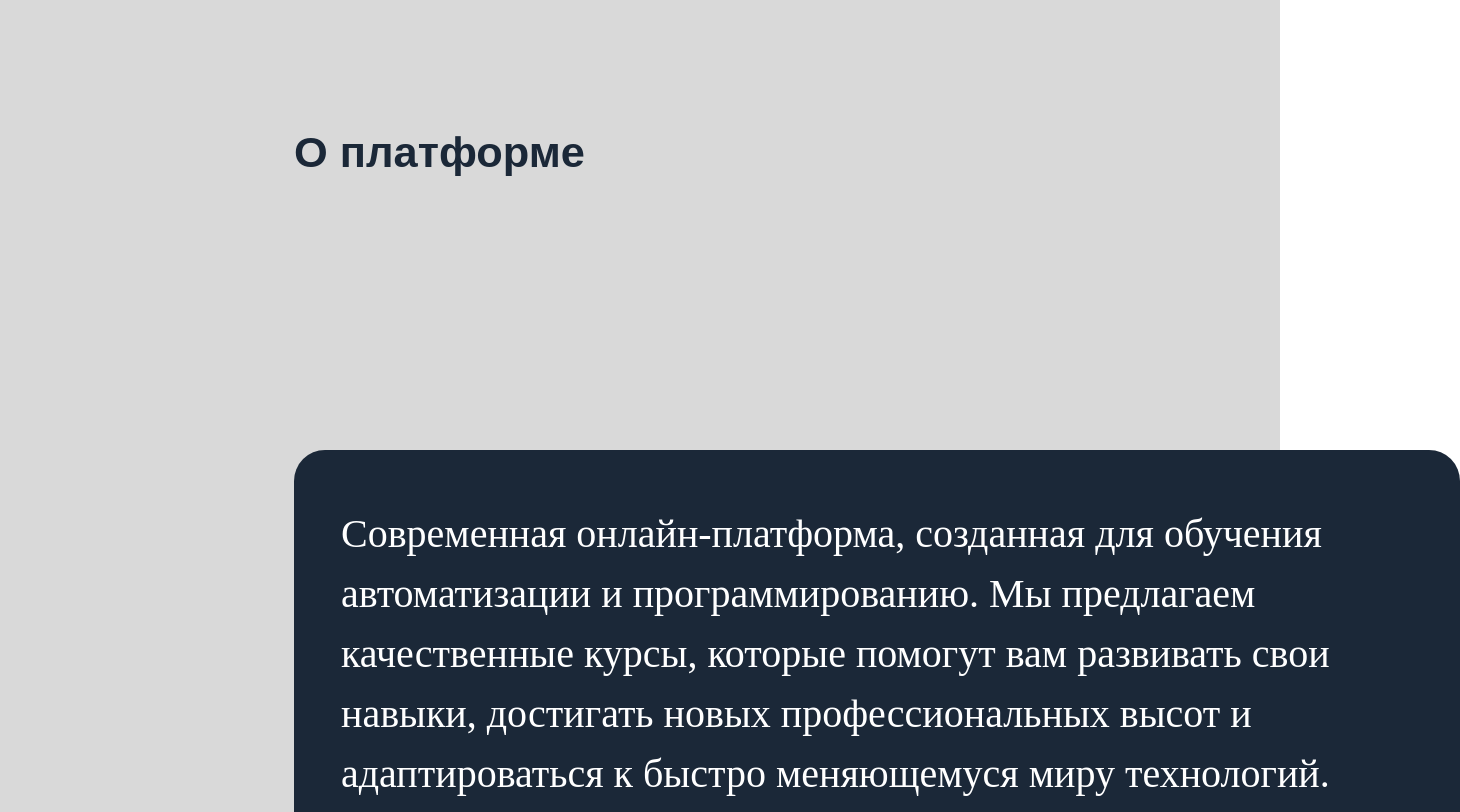
Repository: marjango/course
Page: /
These files come from the project's save history. The page is drawn as it stood at one moment and after the next save; the edit follows.
The browser window is 1280 px wide. The page is 1460 px wide, so the pictures cover 1460 px, including what lies to the right of the window. The pictures show the part of the page from y = 973 to 1785 px (the page is 2197 px tall before and 2106 px after).
The project was rebuilt for these pictures with package versions that can differ from the ones it lists, and the page was loaded fresh each time. The framework's server and built-in components were replaced by stand-ins that run in the browser. Also part of the build but not shown: next.config.ts.

Above is the page before, as saved 2025-03-25 00:25:25.

### app/layout.tsx
import type { Metadata } from "next";
import "./globals.css";
import './fonts.css';


export const metadata: Metadata = {
  title: "Create Next App",
  description: "Generated by create next app",
};

export default function RootLayout({
  children,
}: Readonly<{
  children: React.ReactNode;
}>) {
  return (
    <html lang="en">
      <body

      >
        {children}
      </body>
    </html>
  );
}

### app/page.tsx
import Image from "next/image";
import Mainpage from "./mainpage/page";


export default function Home() {
  return (
    <>
     <Mainpage/>
    </>
  );
}

### app/globals.css
@import "tailwindcss";

* {
  font-family: 'Doloman Pavljenko';
}

h1 {
  font-family: 'Intro Friday', sans-serif;
  font-size: 3.39vw;
  line-height: 1.2;
  color: white;
  font-weight: bold;
}

### app/fonts.css
@font-face {
    font-family: 'Doloman Pavljenko';
    src: url("/public/fonts/DolomanPavljenko.otf") format('otf'),
    url("/public/fonts/DolomanPavljenko.otf") format('otf');
    font-weight: normal;
    font-style: normal;
  }

   @font-face {
     font-family: "Intro Friday";
     src: url("/public/fonts/Intro\ Friday\ Regular.ttf") format("ttf"),
     url("/public/fonts/Intro\ Friday\ Regular.ttf") format("ttf");
     font-weight: normal;
     font-style: normal;
   }

### app/mainpage/page.tsx
import React from "react";
import s from "./main.module.css";
import Link from "next/link";

const Mainpage = () => {
  return (
    <>
      <div className={s.container}>
        <div className={s.header}>
          <Link href="./auth/login" className={s.logo}>
            logo
          </Link>

          <div className={s.nav}>
            <Link href="#">Обучение</Link>
            <Link href="#">Курсы</Link>
            <Link href="#">Цены</Link>
            <Link href="#">О нас</Link>
            <Link href="#">Контакты</Link>
          </div>

          <div className={s.auth}>
            <Link href="./auth/login" className={s.login}>
              Вход
            </Link>
            <Link href="./auth/registration" className={s.registration}>
              Регистрация
            </Link>
          </div>
        </div>
        <div className={s.hero}>
            <h1>АВТОМАТИЗАЦИЯ В ДЕЙСТВИИ, IT В ОБУЧЕНИИ, БУДУЩЕЕ В ТВОИХ РУКАХ!</h1>
            <div className={s.btns}>
                <Link href="#" className={s.btn1}>Начни сейчас</Link>
                <Link href="#" className={s.btn2}>Подробнее</Link>
            </div>
        </div>
      </div>
      <div className={s.about}>
        <h1>О платформе</h1>
        <div className={s.aboutText}>
        Современная онлайн-платформа, созданная для обучения автоматизации и программированию. Мы предлагаем качественные курсы, которые помогут вам развивать свои навыки, достигать новых профессиональных высот и адаптироваться к быстро меняющемуся миру технологий.

Наша платформа идеально подходит как для новичков, так и для тех, кто хочет углубить свои знания в этой нише. Мы предоставляем доступ к структурированным материалам, практическим заданиям и пошаговому прогрессу, чтобы вы могли достичь успеха в своем обучении.

Если вы ищете эффективный способ освоить программирование и автоматизацию, наш сайт станет вашим лучшим выбором!
        </div>
      </div>
    </>
  );
};

export default Mainpage;

### app/mainpage/main.module.css
.container {
    position: relative; /* Необходимо для позиционирования псевдоэлемента */
    width: 100%;
    height: 66.67vw;
    padding: 7.03vw 7.29vw 0 7.29vw;
    background-color: #131C27; /* Задаем цвет фона без прозрачности */
  }

  .container::before {
    content: '';
    position: absolute;
    top: 0;
    left: 0;
    width: 100%;
    height: 100%;
    background-image: url(./img/background.svg);
    background-size: cover;
    background-position: center;
    background-repeat: no-repeat;
    opacity: 0.4;
    z-index: 1;
    pointer-events: none; /* Отключаем события мыши */
  }
  .header {
    background: transparent;
    display: flex;
    justify-content: space-between;
    align-items: center;
    width: 100%;
  }

  .logo {
    margin-right: 17.08vw;
    padding: 0.52vw 1.35vw;
    background-color: #d9d9d9;
    border: none;
    border-radius: 1.51vw;
    color: #064b9b;
    font-size: 2.08vw;
    line-height: 2.08vw;
    font-weight: 300;
  }

  .nav {
    justify-self: center;
    color: white;
    font-size: 1.82vw;
    font-weight: 300;
    display: flex;
    gap: 3.8vw;
  }

  .auth {
    margin-left: 5.57vw;
    display: flex;
    gap: 1.72vw;
  }

  .login {
    background-color: #d9d9d9;
    width: 6.15vw;
    height: 3.13vw;
    display: flex;
    justify-content: center;
    align-items: center;
    border: none;
    border-radius: 1.51vw;
    color: black;
    font-size: 1.8vw;
    line-height: 1.8vw;
    font-weight: 300;
  }

  .registration {
    background-color: #1b2838;
    width: 9.79vw;
    height: 3.13vw;
    display: flex;
    justify-content: center;
    align-items: center;
    border: none;
    padding: 0.67vw 1.04vw;
    border-radius: 1.51vw;
    color: white;
    font-size: 1.8vw;
    line-height: 1.8vw;
    font-weight: 300;
  }

  .hero {
    padding-top: 13.54vw;
  }

  .hero h1 {
    color: white;
    font-size: 3.39vw;
    max-width: 52.08vw;
  }

  .btns {
    margin-top: 2.34vw;
    display: flex;
    align-items: center;
    gap: 1.93vw;
  }

  .btn1 {
    width: 12.5vw;
    height: 3.65vw;
    background-color: #1B2838;
    color: white;
    border-radius: 1.85vw;
    display: flex;
    justify-content: center;
    align-items: center;
    font-size: 1.82vw;
  }

  .btn2 {
    color: white;
    font-size: 1.82vw;
  }

  .about {
    height: 1253px;
    background-color: #D9D9D9;
    padding: 246px 143px 246px 294px;
  }
  .about h1 {
    color: #1B2838;

  }
  .aboutText {
    margin-top: 272px;
    background-color: #1B2838;
    border-radius: 31px;
    width: 1166px;
    height: 575px;
    color: white;
    padding: 54px 47px;
    font-size: 40px;
  }

After the next save:
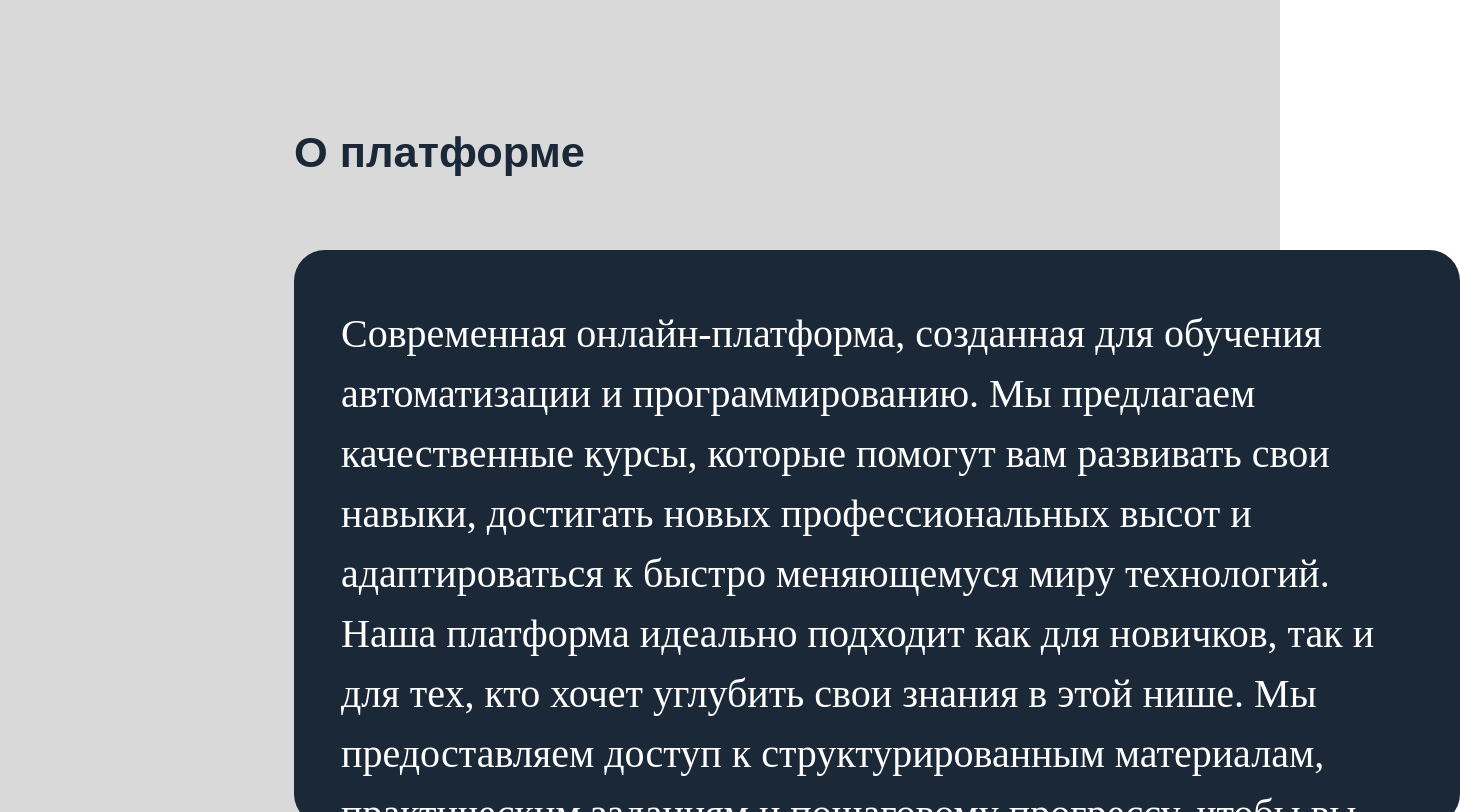
Saved 29 s later.
--- a/app/mainpage/main.module.css
+++ b/app/mainpage/main.module.css
@@ -131,7 +131,7 @@
 
   }
   .aboutText {
-    margin-top: 272px;
+    margin-top: 72px;
     background-color: #1B2838;
     border-radius: 31px;
     width: 1166px;
